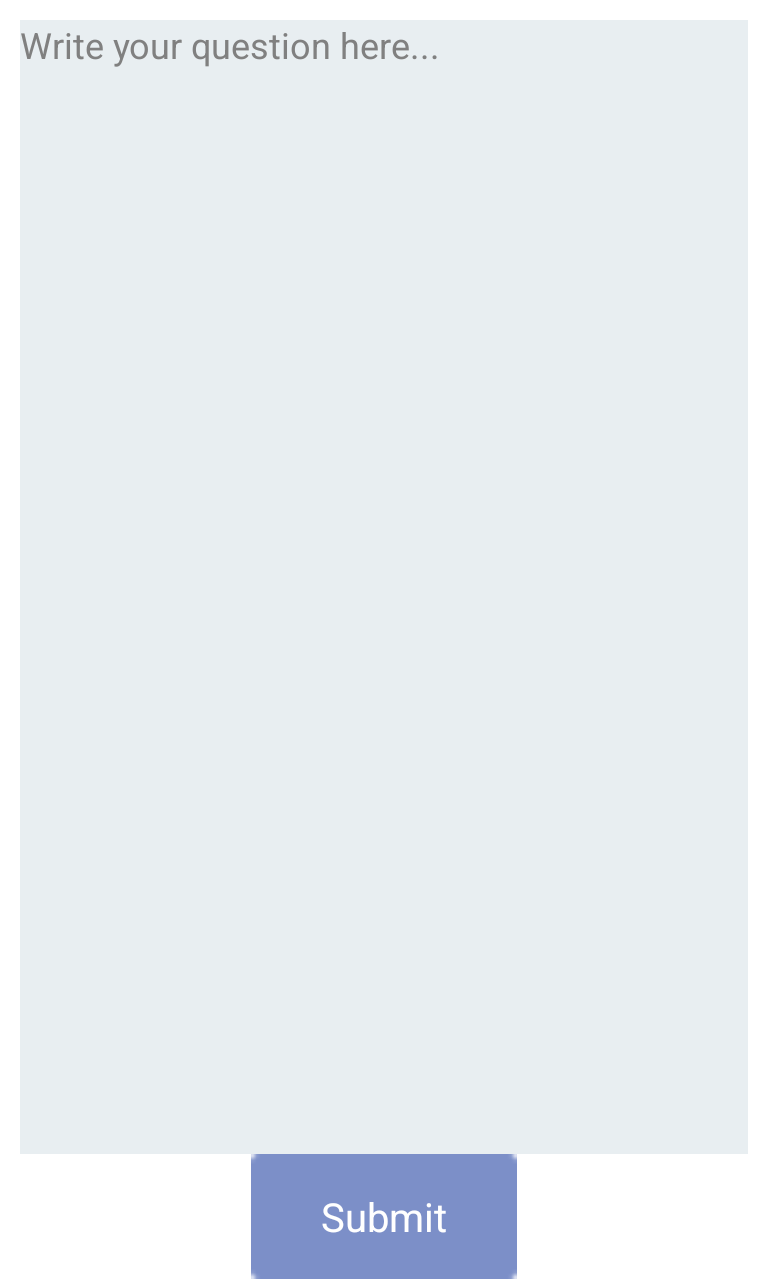
Repository: AdityaKiet/android-work2
Layout: UPTUQuestionBank/res/layout/post_question.xml
An editor plug-in stored every save of this project. The layout is shown before and after the next save, followed by the edit.
It is drawn on a 768 x 1280 px phone screen (xhdpi) without system bars, with theme AppTheme; the app's code is not run.

Above is the layout before, as saved 2015-04-25 13:01:04.

After the next save:
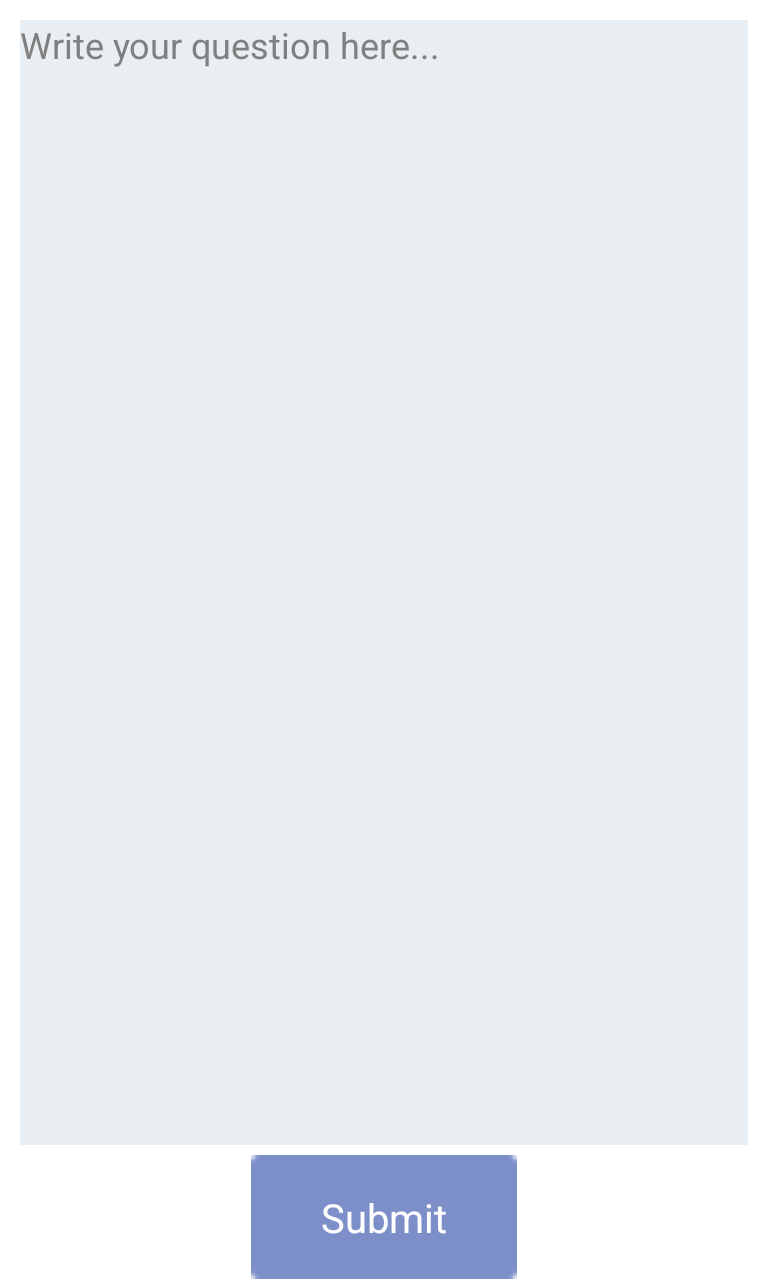
Saved 10 s later.
--- a/UPTUQuestionBank/res/layout/post_question.xml
+++ b/UPTUQuestionBank/res/layout/post_question.xml
@@ -26,6 +26,7 @@
         android:layout_width="wrap_content"
         android:layout_height="0dip"
         android:layout_gravity="center"
+        android:layout_marginTop="5dp"
         android:layout_weight=".1"
         android:background="@drawable/button_background"
         android:text="       Submit       "
